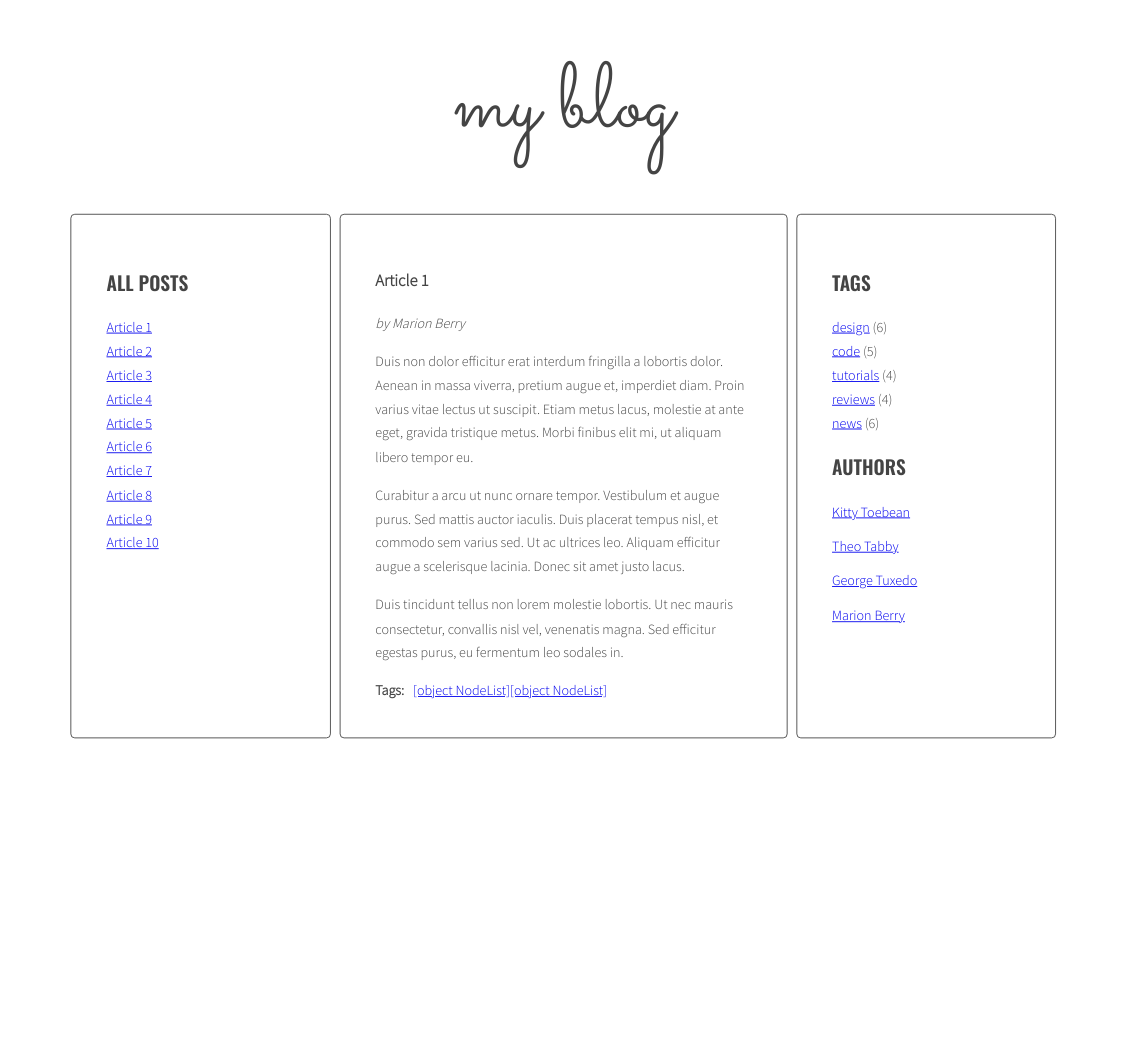
Repository: ulasup/javascript-blog
Page: index.html
An editor plug-in stored every save of this project. The page is shown before and after the next save, followed by the edit.
The browser window is 1280 px wide. The pictures show the whole page, at 88% of full size.
The style sheet was rebuilt from its Sass, Less or Tailwind sources for each picture, by a compiler version that may differ from the author's.

Above is the page before, as saved 2020-12-19 13:54:40.

### index.html
<!DOCTYPE html>
<html  lang="en">
    <head>
        <meta charset="UTF-8">
        <title>Film blog</title>
        <link rel="stylesheet" href="css/style.css">
    </head>
    <body>
        <div class="blog">
            <div class="container">
              <h1 class="logo">my blog</h1>
              <main class="wrapper">
                <aside class="sidebar">
                  <h2 class="section-title">All posts</h2>
                  <ul class="list titles">
                  </ul>
                </aside>
                <section class="posts">
                  <article class="post active" id="article-1" data-tags="design tutorials">
                    <h3 class="post-title">Article 1</h3>
                    <p class="post-author">by Marion Berry</p>
                    <div class="post-content">
                      <p>Duis non dolor efficitur erat interdum fringilla a lobortis dolor. Aenean in massa viverra, pretium augue et, imperdiet diam. Proin varius vitae lectus ut suscipit. Etiam metus lacus, molestie at ante eget, gravida tristique metus. Morbi finibus elit mi, ut aliquam libero tempor eu.</p>
                      <p>Curabitur a arcu ut nunc ornare tempor. Vestibulum et augue purus. Sed mattis auctor iaculis. Duis placerat tempus nisl, et commodo sem varius sed. Ut ac ultrices leo. Aliquam efficitur augue a scelerisque lacinia. Donec sit amet justo lacus.</p>
                      <p>Duis tincidunt tellus non lorem molestie lobortis. Ut nec mauris consectetur, convallis nisl vel, venenatis magna. Sed efficitur egestas purus, eu fermentum leo sodales in.</p>
                    </div>
                    <div class="post-tags">
                      <p><strong>Tags:</strong></p>
                      <ul class="list list-horizontal">
                      </ul>
                    </div>
                  </article>
                  <article class="post" id="article-2" data-tags="news code">
                    <h3 class="post-title">Article 2</h3>
                    <p class="post-author">by Theo Tabby</p>
                    <div class="post-content">
                      <p>Phasellus sollicitudin, arcu vel iaculis ullamcorper, quam leo viverra orci, et faucibus quam sapien vel est. Maecenas ac suscipit elit. Nullam interdum, lorem vitae venenatis pulvinar, ex dui malesuada nunc, tempus cursus enim metus vel nulla.</p>
                      <p>Integer hendrerit, eros id efficitur dapibus, ante arcu ullamcorper orci, a iaculis felis turpis at purus. Quisque sodales posuere sapien vel consectetur. Duis dui urna, commodo non ante nec, mattis dictum enim. Donec aliquam erat sed diam lobortis, vel gravida lacus laoreet. Phasellus pretium maximus mi, eu posuere justo suscipit vel.</p>
                      <p>Nam magna nisl, varius in malesuada vitae, facilisis vel metus. Proin rhoncus euismod leo dictum lobortis. Suspendisse non ante sapien.</p>
                    </div>
                    <div class="post-tags">
                      <p><strong>Tags:</strong></p>
                      <ul class="list list-horizontal">
                      </ul>
                    </div>
                  </article>
                  <article class="post" id="article-3" data-tags="news reviews design">
                    <h3 class="post-title">Article 3</h3>
                    <p class="post-author">by George Tuxedo</p>
                    <div class="post-content">
                      <p>Mauris vel pellentesque turpis, ac sodales nisl. Quisque iaculis mi velit, ut convallis tellus accumsan a. Quisque iaculis, nisi et dignissim tincidunt, nisl eros euismod nulla, finibus laoreet erat enim posuere elit.</p>
                      <p>Aenean at semper urna. Duis vel sapien molestie, egestas diam consequat, molestie nulla. Praesent a malesuada metus. Praesent et tempus leo.</p>
                      <p>Mauris in eleifend neque, vitae eleifend velit. Maecenas purus est, bibendum eget imperdiet id, dictum sed ante. Aenean a magna et eros sagittis aliquet.</p>
                    </div>
                    <div class="post-tags">
                      <p><strong>Tags:</strong></p>
                      <ul class="list list-horizontal">
                      </ul>
                    </div>
                  </article>
                  <article class="post" id="article-4" data-tags="tutorials code design">
                    <h3 class="post-title">Article 4</h3>
                    <p class="post-author">by Kitty Toebean</p>
                    <div class="post-content">
                      <p>Morbi vel cursus nulla, vel varius mauris. Suspendisse sed elit sit amet risus faucibus vestibulum ut sit amet purus. Donec orci est, condimentum ut quam quis, scelerisque fringilla ligula.</p>
                      <p>Quisque bibendum nisl id quam sagittis, id pretium dolor scelerisque. Suspendisse non odio nec velit dapibus placerat non a libero.</p>
                      <p>Vivamus at tristique ex, feugiat sagittis ex. Cras cursus, ipsum et efficitur commodo, urna sapien rutrum magna, quis sodales justo ligula eget nunc. In hac habitasse platea dictumst.</p>
                    </div>
                    <div class="post-tags">
                      <p><strong>Tags:</strong></p>
                      <ul class="list list-horizontal">
                      </ul>
                    </div>
                  </article>
                  <article class="post" id="article-5" data-tags="design reviews">
                    <h3 class="post-title">Article 5</h3>
                    <p class="post-author">by Marion Berry</p>
                    <div class="post-content">
                      <p>Suspendisse sem eros, euismod condimentum arcu ac, consequat fermentum orci. Nam convallis lacus nec interdum vestibulum. Vestibulum luctus, quam eu tristique ornare, lorem nibh sodales enim, vitae tempor dolor ante vitae tortor.</p>
                      <p>Duis venenatis metus quis luctus lobortis. In porttitor ipsum eget ligula aliquam ornare. Cras malesuada urna id volutpat sodales.</p>
                      <p>Donec lobortis ultricies turpis, eu viverra magna gravida quis. Fusce sit amet pretium nulla. Duis rutrum metus vel libero sodales, pellentesque varius ex pulvinar.</p>
                    </div>
                    <div class="post-tags">
                      <p><strong>Tags:</strong></p>
                      <ul class="list list-horizontal">
                      </ul>
                    </div>
                  </article>
                  <article class="post" id="article-6" data-tags="reviews code">
                    <h3 class="post-title">Article 6</h3>
                    <p class="post-author">by George Tuxedo</p>
                    <div class="post-content">
                      <p>Donec posuere iaculis ante sed hendrerit. Lorem ipsum dolor sit amet, consectetur adipiscing elit. Quisque hendrerit neque nec urna tincidunt, quis vehicula dui vulputate. Morbi est sapien, auctor ut lectus eu, placerat viverra lorem.</p>
                      <p>Cras consectetur at erat id accumsan. Suspendisse lacinia in nulla quis vulputate. Nunc vitae consectetur augue. Nam ut vehicula mi. Aliquam tristique, purus in hendrerit porta, elit lectus finibus mi, vel malesuada nisl lectus a libero.</p>
                      <p>Nam quis efficitur ante. Sed eget purus quis ex commodo porta eu sit amet dolor. Mauris tellus nisl, dictum nec est vitae, condimentum ornare ante. Fusce ornare hendrerit maximus. In maximus rhoncus justo.</p>
                    </div>
                    <div class="post-tags">
                      <p><strong>Tags:</strong></p>
                      <ul class="list list-horizontal">
                      </ul>
                    </div>
                  </article>
                  <article class="post" id="article-7" data-tags="code news">
                    <h3 class="post-title">Article 7</h3>
                    <p class="post-author">by Kitty Toebean</p>
                    <div class="post-content">
                      <p>Donec eleifend mauris ac nisl fermentum, ac fermentum turpis dignissim. Aliquam diam nisl, imperdiet a varius eget, lobortis sed nisi. Nullam suscipit ipsum sed magna blandit, sed pellentesque urna malesuada.</p>
                      <p>Duis vestibulum arcu et lectus viverra porta. Praesent tempor lacus eget quam mattis, sit amet venenatis diam ultrices. Morbi gravida sapien quis ligula tincidunt, vel sagittis erat ultrices.</p>
                      <p>Ut orci tellus, laoreet ac diam ut, tempus bibendum nisi. Nam egestas sagittis nibh. Curabitur tristique dui quis egestas pretium. Duis eu felis orci.</p>
                    </div>
                    <div class="post-tags">
                      <p><strong>Tags:</strong></p>
                      <ul class="list list-horizontal">
                      </ul>
                    </div>
                  </article>
                  <article class="post" id="article-8" data-tags="news design tutorials">
                    <h3 class="post-title">Article 8</h3>
                    <p class="post-author">by Theo Tabby</p>
                    <div class="post-content">
                      <p>Praesent quis imperdiet erat. Curabitur tempor sapien a interdum malesuada. Proin libero erat, sagittis a sollicitudin eget, pulvinar nec risus. Cras et suscipit sem.</p>
                      <p>Maecenas consequat diam nec sollicitudin congue. Aenean porttitor porttitor quam, condimentum interdum metus congue sed. Donec at nulla ipsum.</p>
                      <p>Mauris non congue dui. Aenean ac eros vitae massa vulputate aliquet ut ac elit. Morbi iaculis auctor nunc aliquet luctus. Nunc tincidunt sem dui, quis interdum leo pellentesque eget. Fusce id leo varius, imperdiet nunc vitae, tristique mi. Mauris quis interdum justo. Mauris auctor purus eu leo faucibus feugiat. Nulla at odio vitae leo semper blandit.</p>
                    </div>
                    <div class="post-tags">
                      <p><strong>Tags:</strong></p>
                      <ul class="list list-horizontal">
                      </ul>
                    </div>
                  </article>
                  <article class="post" id="article-9" data-tags="news tutorials">
                    <h3 class="post-title">Article 9</h3>
                    <p class="post-author">by Marion Berry</p>
                    <div class="post-content">
                      <p>Tam et facilisis purus. Donec vulputate est quis lobortis posuere. Nunc vitae lorem ut odio faucibus pulvinar nec in justo. Ut ut ante ac tellus ornare tempus. Nunc maximus, tortor et dictum convallis, nunc libero posuere leo, scelerisque ultrices arcu sapien ut tellus.</p>
                      <p>Fusce lacinia augue massa, non tincidunt tortor auctor quis. Vestibulum ut pretium nisl. Etiam id tellus tempus, commodo ligula vehicula, porta magna.</p>
                      <p>Donec fringilla blandit dolor vel aliquet. Fusce tortor sapien, lobortis eu vehicula sit amet, dignissim et lectus. In ullamcorper metus vel massa fermentum, at fermentum dui sollicitudin. Nullam lacinia elit vel tortor ullamcorper pulvinar.</p>
                    </div>
                    <div class="post-tags">
                      <p><strong>Tags:</strong></p>
                      <ul class="list list-horizontal">
                      </ul>
                    </div>
                  </article>
                  <article class="post" id="article-10" data-tags="code design news reviews">
                    <h3 class="post-title">Article 10</h3>
                    <p class="post-author">by George Tuxedo</p>
                    <div class="post-content">
                      <p>Aliquam erat volutpat. Ut non eleifend lectus. Donec suscipit tellus tempor, ornare dui id, hendrerit neque. Phasellus lacinia laoreet dui in luctus. Sed hendrerit, magna sit amet varius tempor, augue augue scelerisque est, non scelerisque mauris libero eu sapien.</p>
                      <p>Sed at sapien in quam sollicitudin aliquam. In interdum metus a mi porttitor luctus. Sed commodo, arcu id lacinia posuere, felis elit pharetra urna, at feugiat est orci sit amet libero. Quisque in nisl est. Nullam vehicula at lectus non luctus. Cras aliquam neque magna, at varius nisi egestas ut.</p>
                      <p>Rhoncus purus nulla, non auctor lacus placerat ut. Aliquam condimentum eget magna ac gravida. Etiam egestas faucibus urna et finibus. Cras vel tellus vel magna suscipit euismod. Maecenas id arcu ante. Duis iaculis scelerisque erat, at ullamcorper arcu consectetur eu. Fusce aliquam diam at arcu pharetra, vel fermentum nunc lobortis.</p>
                    </div>
                    <div class="post-tags">
                      <p><strong>Tags:</strong></p>
                      <ul class="list list-horizontal">
                      </ul>
                    </div>
                  </article>
                </section>
                <aside class="sidebar">
                  <h2 class="section-title">Tags</h2>
                  <ul class="list tags">
                    <li><a href="#">design</a> <span>(6)</span></li>
                    <li><a href="#">code</a> <span>(5)</span></li>
                    <li><a href="#">tutorials</a> <span>(4)</span></li>
                    <li><a href="#">reviews</a> <span>(4)</span></li>
                    <li><a href="#">news</a> <span>(6)</span></li>
                  </ul>
                  <h2 class="section-title">Authors</h2>
                  <ul class="list authors">
                    <li>
                      <a href="#">
                        <span class="author-name">Kitty Toebean</span>
                      </a>
                    </li>
                    <li>
                      <a href="#">
                        <span class="author-name">Theo Tabby</span>
                      </a>
                    </li>
                    <li>
                      <a href="#">
                        <span class="author-name">George Tuxedo</span>
                      </a>
                    </li>
                    <li>
                      <a href="#">
                        <span class="author-name">Marion Berry</span>
                      </a>
                    </li>
                  </ul>
                </aside>
              </main>
            </div>
          </div>
    <script src="js/script.js"></script>
    </body>
</html>

### js/script.js
'use strict';

function titleClickHandler(event){
  event.preventDefault();

  const activeLinks = document.querySelectorAll('.titles a.active');
  for(let activeLink of activeLinks){
    activeLink.classList.remove('active');
  }

  const clickedElement = this;
  clickedElement.classList.add('active');

  const activeArticles = document.querySelectorAll('.post.active');
  for(let activeArticle of activeArticles){
    activeArticle.classList.remove('active');
  }

  const attribute = clickedElement.getAttribute('href');
  const clickedArticles = document.querySelectorAll(attribute);
  for(let clickedArticle of clickedArticles){
    clickedArticle.classList.add('active');
  }
}

const optArticleSelector = '.post',
  optTitleSelector = '.post-title',
  optTitleListSelector = '.titles',
  optArticleTagsSelector = '.post-tags .list';

function generateTitleLinks(){

  const titleList = document.querySelector(optTitleListSelector);
  titleList.innerHTML = '';

  const articles = document.querySelectorAll(optArticleSelector);
  let html = '';
  for (let article of articles){
    const articleId = article.getAttribute('id');
    const articleTitle = article.querySelector(optTitleSelector).innerHTML;
    const linkHTML = '<li><a href="#' + articleId + '"><span>' + articleTitle + '</span></a></li>';
    html = html + linkHTML;
  }
  titleList.innerHTML = html;

  const links = document.querySelectorAll('.titles a');
  for(let link of links){
    link.addEventListener('click', titleClickHandler);
  }
}

generateTitleLinks();


function generateTags(){
  const articles = document.querySelectorAll(optArticleSelector);
  for (let article of articles){
    const tagList = article.querySelector(optArticleTagsSelector);
    let html = '';
    const articleTags = article.getAttribute('data-tags');
    const articleTagsArray = articleTags.split(' ');
    const tagTitle = article.querySelectorAll(optArticleTagsSelector);
    for (let tag of articleTagsArray){
      const linkHTML = '<li><a href="#tag-' + tag + '"><span>' + tagTitle + '</span></a></li>';
      html = html + linkHTML;
    }
    tagList.innerHTML = html;
  }
}

generateTags();

### sass/style.scss
@import url('https://fonts.googleapis.com/css?family=Oswald:400,600|Sacramento|Source+Sans+Pro:300&subset=latin-ext');

/* Variables */

$color-light: #fff;
$color-dark: #444;

$font-logo: 'Sacramento', cursive;
$font-header: 'Oswald', sans-serif;
$font-text: 'Source Sans Pro', sans-serif;

/* Global */

*, *::before, *::after {
  box-sizing: border-box;
}

body {
  background: $color-light;
  font-family: $font-text;
  color: $color-dark;
  font-weight: 300;
  font-size: 16px;
  line-height: 1.7;
}

.container {
  max-width: 1140px;
  margin: 0 auto;
}

.section-title {
  font-size: 22px;
  text-transform: uppercase;
  font-family: $font-header;
  font-weight: 600;

  span {
    text-transform: none;
    font-weight: 400;
    color: lighten($color-dark, 20%);
  }
}

/* Layout */

.wrapper {
  display: flex;
  margin-left: 10px;
}

.sidebar {
  flex: 1 0 0;
}

.posts {
  flex: 2 0 0;
}

.sidebar, .posts {
  background: $color-light;
  margin-right: 10px;
  padding: 40px;
  border: 1px solid $color-dark;
  border-radius: 5px;
}

/* Logo */

.logo {
  font-family: $font-logo;
  font-weight: 400;
  font-size: 104px;
  line-height: 1;
  text-align: center;
}

/* Lists */

.list {
  list-style-type: none;
  margin: 0;
  padding: 0;

  .active {
    font-weight: bold;
  }
}

.list-horizontal {
  li {
    display: inline-block;
  }
}

/* Authors */

.authors {
  li {
    margin-bottom: 12px;
  }
}

/* Post */

.post {
  z-index: 1;
  position: absolute;
  opacity: 0;

  &.active {
    z-index: 2;
    position: relative;
    opacity: 1;
    transition: opacity 1s;
  }
}

.post-author {
  font-style: italic;
}

.post-tags {
  display: flex;

  p {
    margin: 0 10px 0 0;
  }
}

After the next save:
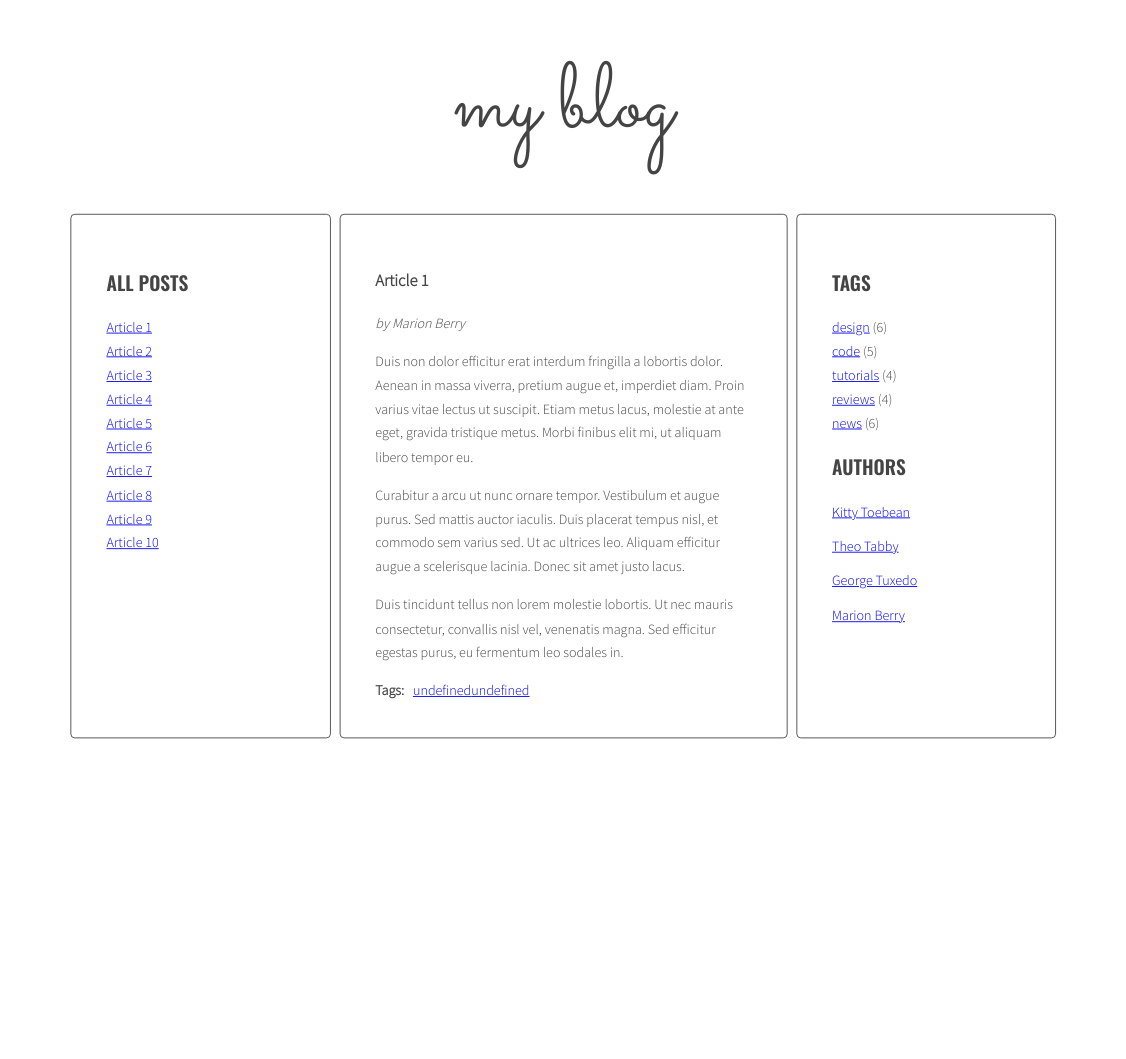
Saved 14 s later.
--- a/js/script.js
+++ b/js/script.js
@@ -59,7 +59,7 @@
     let html = '';
     const articleTags = article.getAttribute('data-tags');
     const articleTagsArray = articleTags.split(' ');
-    const tagTitle = article.querySelectorAll(optArticleTagsSelector);
+    const tagTitle = article.querySelectorAll(optArticleTagsSelector).innerHTML;
     for (let tag of articleTagsArray){
       const linkHTML = '<li><a href="#tag-' + tag + '"><span>' + tagTitle + '</span></a></li>';
       html = html + linkHTML;
